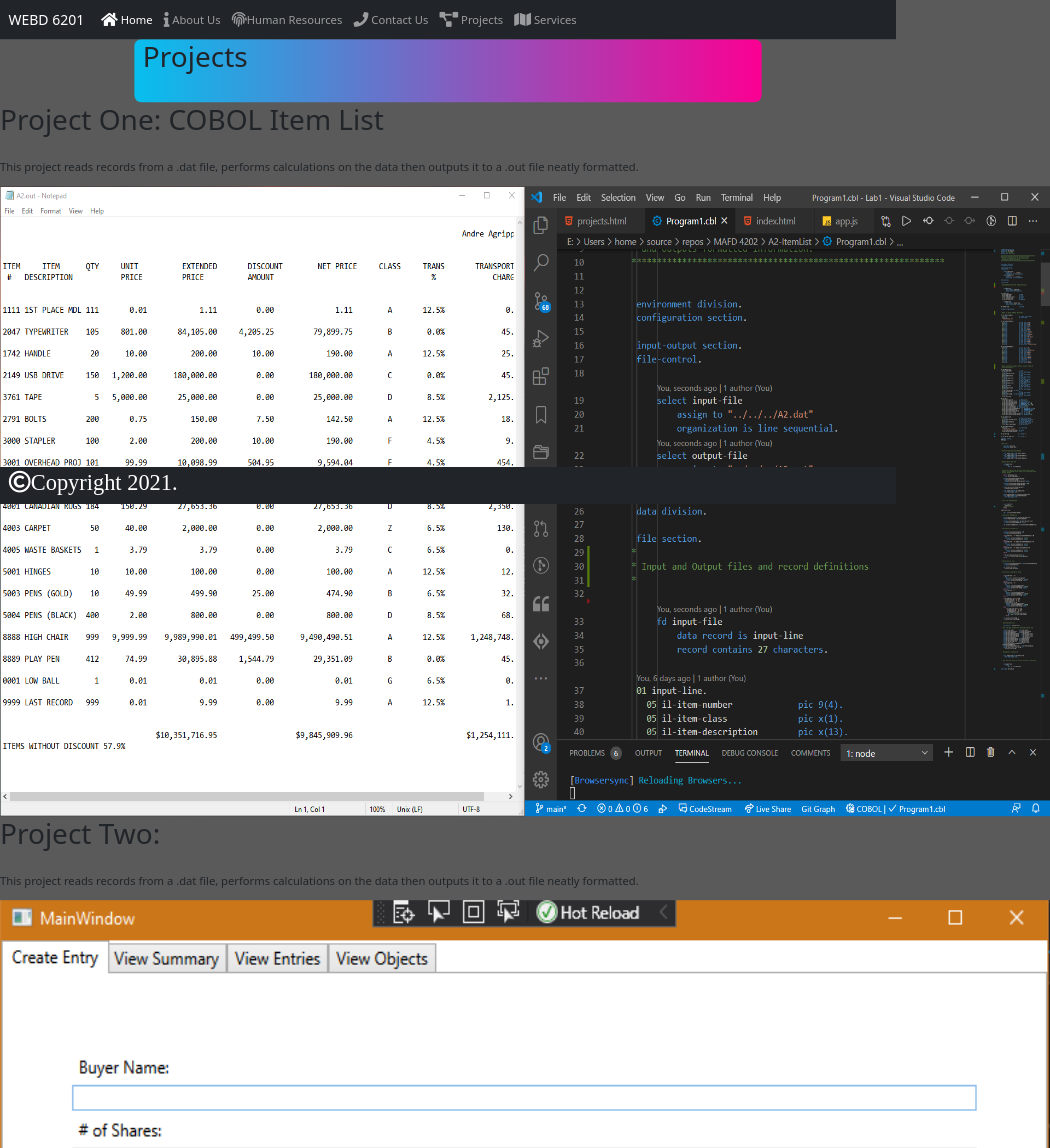
Repository: vans12345678/WEBD6201-W2021-Week3
Page: projects.html
The author's editor kept a copy of each file at every save. The page is drawn from the files as they stood at one save, then again after the next save.
The browser window is 1280 px wide. The page is 1500 px wide, so the pictures cover 1500 px, including what lies to the right of the window. The pictures show the part of the page from y = 0 to 1640 px (the page is 2202 px tall before and 2466 px after), at 70% of full size.

Above is the page before, as saved 2021-01-29 17:13:29.

After the next save:
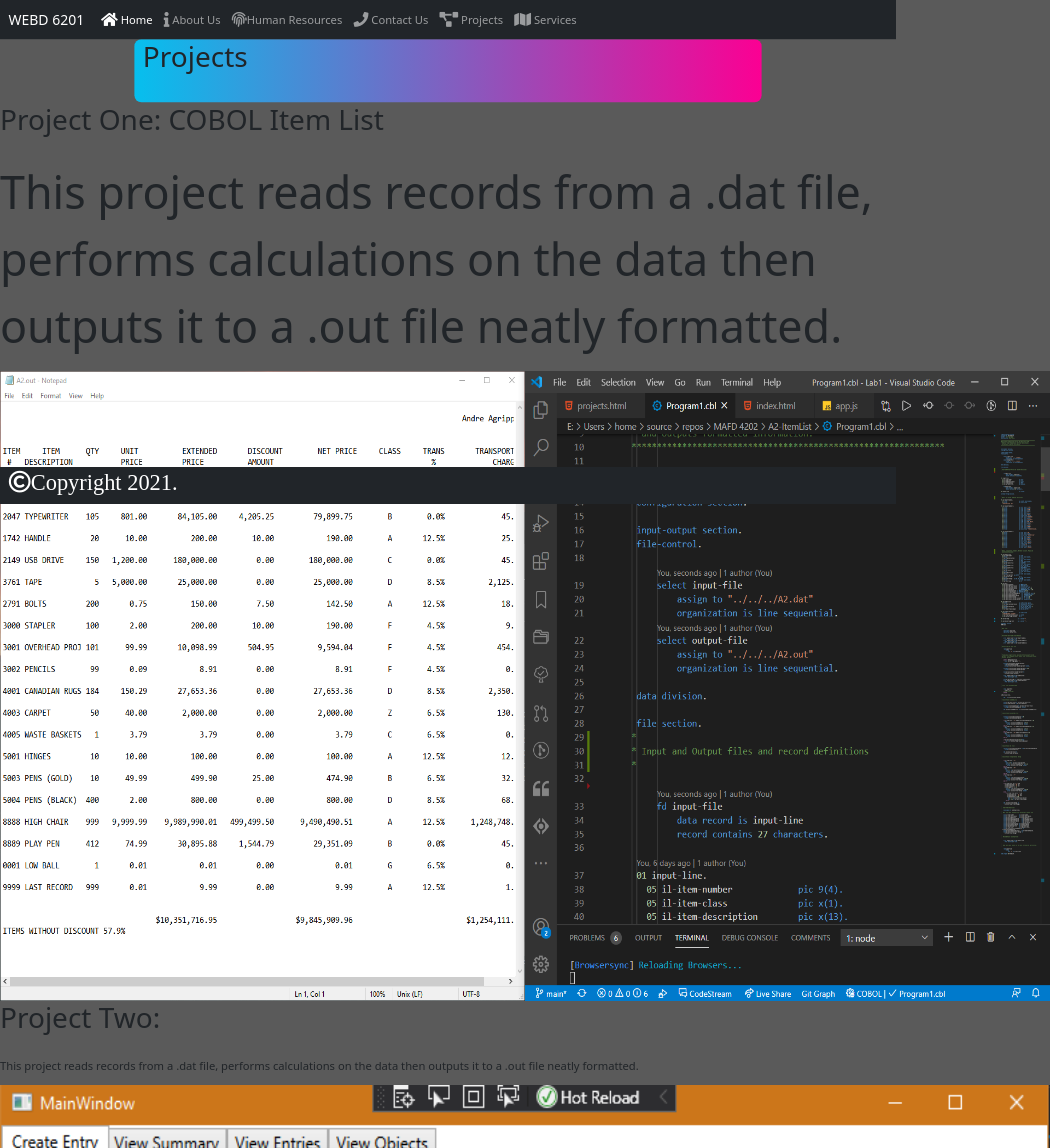
Saved 16 s later.
--- a/projects.html
+++ b/projects.html
@@ -50,7 +50,7 @@
         <h1 class ="container">Projects</h1>
         <h1 id="p1"></h1>
         </br>
-        <p id="p1Description"></p>
+        <p id="p1Description" class = "fa-4x"></p>
         <img src="../images/p1.PNG" alt="" style="width:1500px;height:900px;">
         </br>
         <h1 id="p2"></h1>
